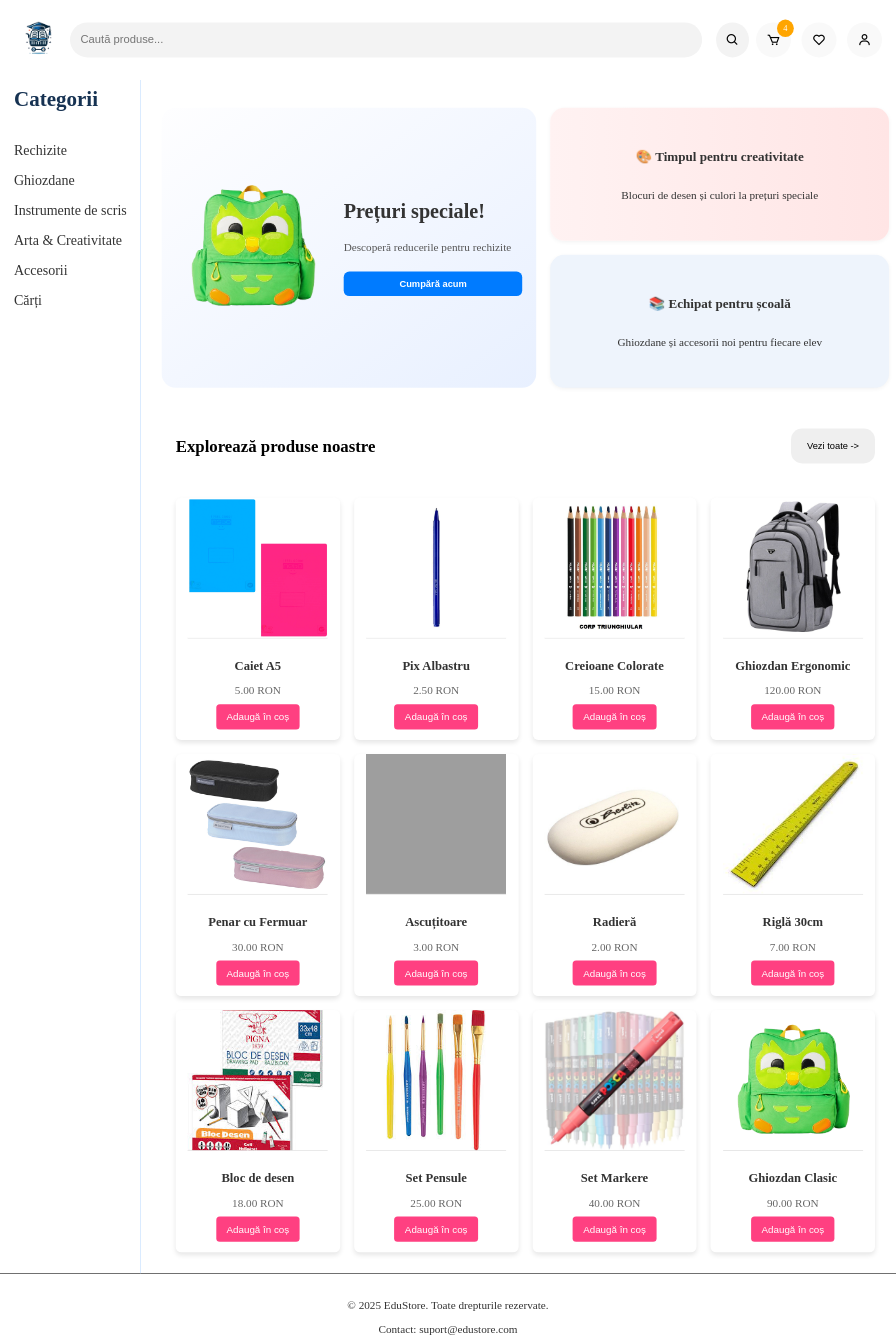
Repository: Roxana5504/WebDev-Project
Page: frontend/index.html
An editor plug-in stored every save of this project. The page is shown before and after the next save, followed by the edit.
The browser window is 1280 px wide. The pictures show the part of the page from y = 0 to 1920 px (the page is 1944 px tall before and 5648 px after), at 70% of full size.
Pictures or frames that could not be fetched are drawn as grey boxes.

Above is the page before, as saved 2025-04-23 17:13:24.

After the next save:
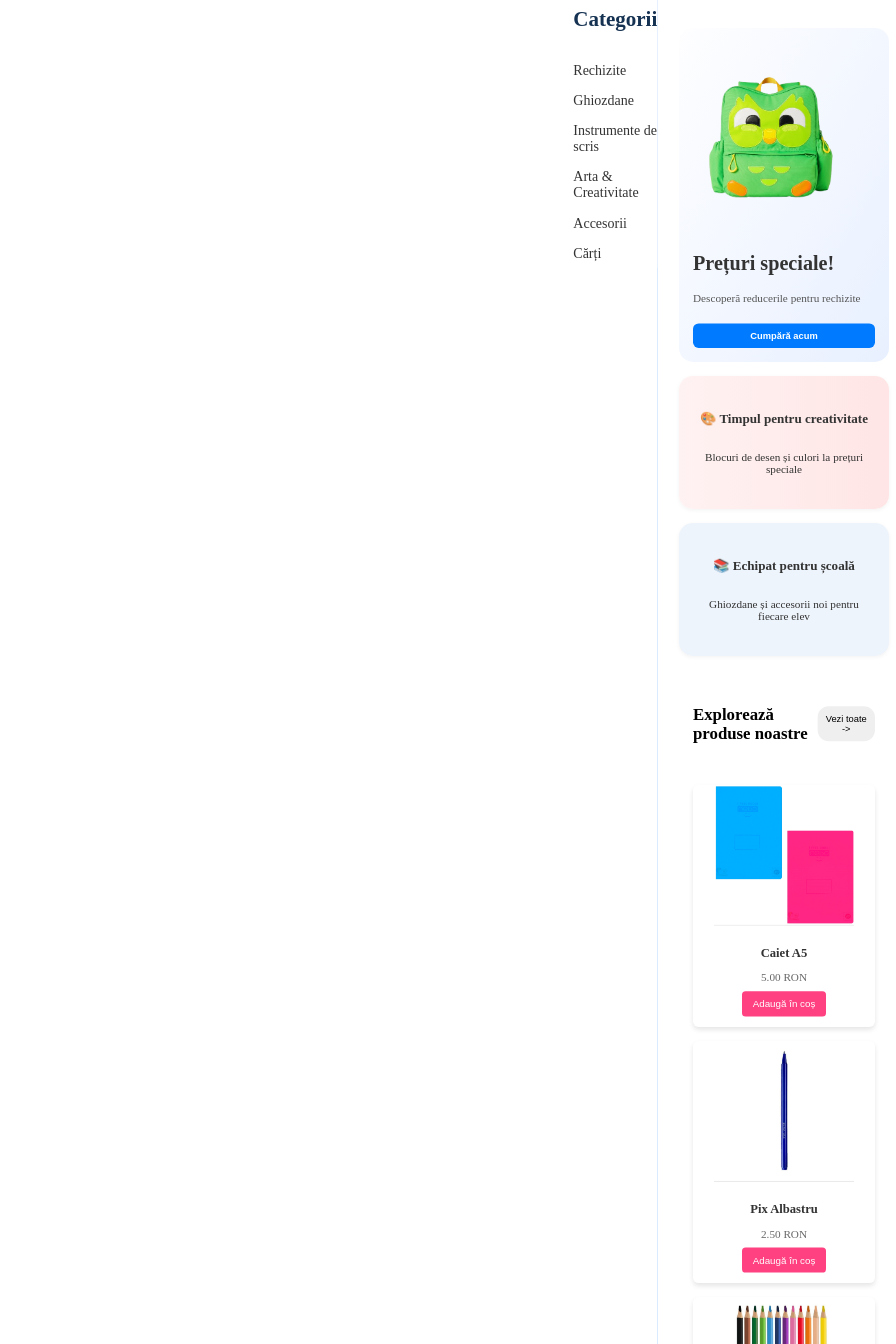
Saved 32 s later.
--- a/frontend/index.html
+++ b/frontend/index.html
@@ -12,36 +12,35 @@
   </head>
 
   <body>
-    <header class="container-header">
-      <div class="logo">
-        <img src="/backend/images/logoDWS.png" alt="EduStore" />
-      </div>
+    <div class="main-content">
+      <header class="container-header">
+        <div class="logo">
+          <img src="/backend/images/logoDWS.png" alt="EduStore" />
+        </div>
 
-      <div class="search-bar">
-        <button class="sidebar-toggle" id="sidebar-toggle">
-          <i class="bx bx-menu"></i>
-        </button>
-        <input type="text" id="search-input" placeholder="Caută produse..." />
-        <button class="search-btn" id="search-btn">
-          <i class="bx bx-search"></i>
-        </button>
-      </div>
+        <div class="search-bar">
+          <button class="sidebar-toggle" id="sidebar-toggle">
+            <i class="bx bx-menu"></i>
+          </button>
+          <input type="text" id="search-input" placeholder="Caută produse..." />
+          <button class="search-btn" id="search-btn">
+            <i class="bx bx-search"></i>
+          </button>
+        </div>
 
-      <div class="header-icons">
-        <div class="header-icon">
-          <span class="cart-items">4</span>
-          <i class="bx bx-cart"></i>
+        <div class="header-icons">
+          <div class="header-icon">
+            <span class="cart-items">4</span>
+            <i class="bx bx-cart"></i>
+          </div>
+          <div class="header-icon">
+            <i class="bx bx-heart"></i>
+          </div>
+          <div class="header-icon profile">
+            <i class="bx bx-user"></i>
+          </div>
         </div>
-        <div class="header-icon">
-          <i class="bx bx-heart"></i>
-        </div>
-        <div class="header-icon profile">
-          <i class="bx bx-user"></i>
-        </div>
-      </div>
-    </header>
-
-    <div class="main-content">
+      </header>
       <aside class="sidebar">
         <div>
           <h2>Categorii</h2>

After the 2 saves that followed:
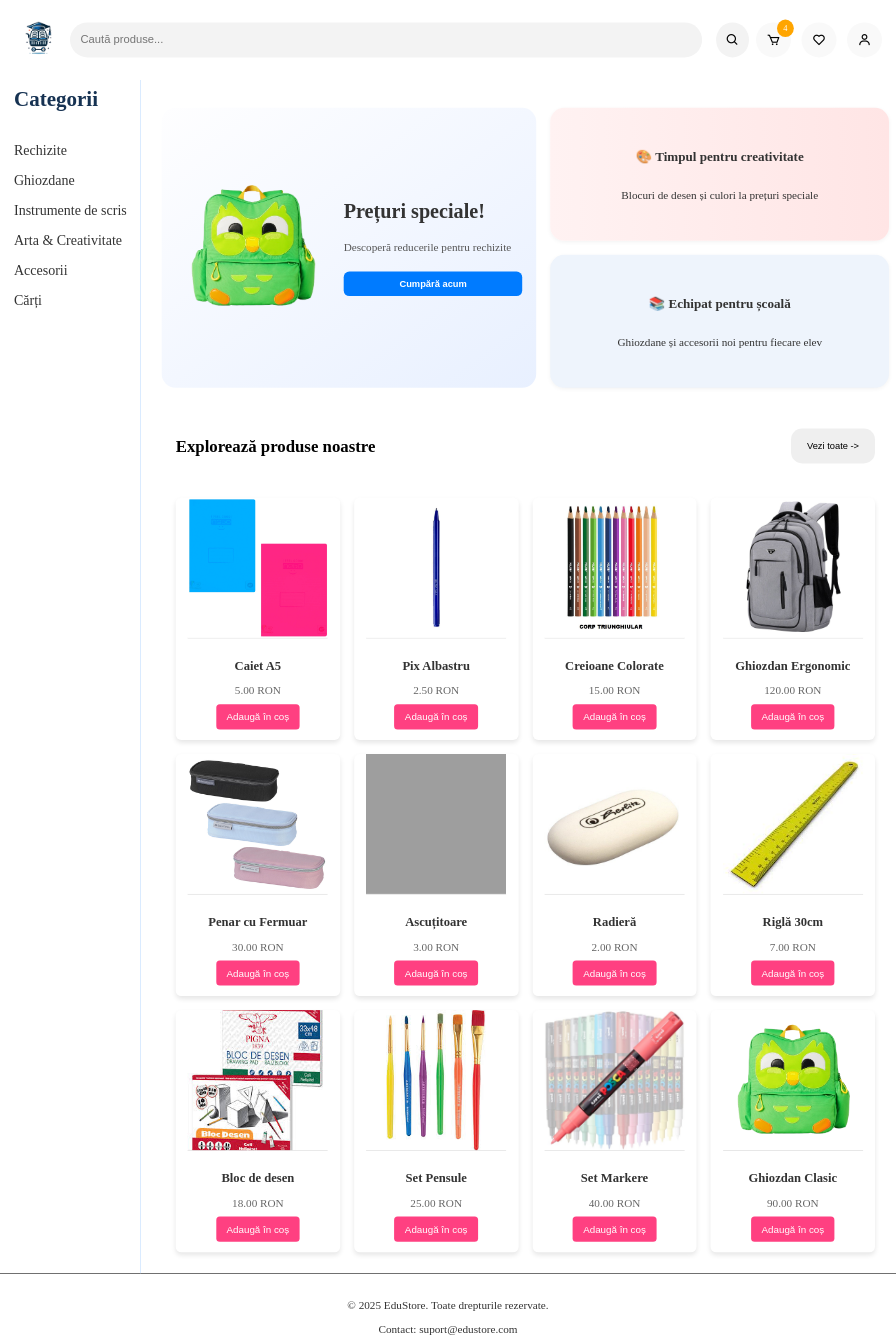
The 2 saves are shown as one change because they came seconds apart.
The last was saved 8 s later.
--- a/frontend/index.html
+++ b/frontend/index.html
@@ -12,35 +12,36 @@
   </head>
 
   <body>
+    <header class="container-header">
+      <div class="logo">
+        <img src="/backend/images/logoDWS.png" alt="EduStore" />
+      </div>
+
+      <div class="search-bar">
+        <button class="sidebar-toggle" id="sidebar-toggle">
+          <i class="bx bx-menu"></i>
+        </button>
+        <input type="text" id="search-input" placeholder="Caută produse..." />
+        <button class="search-btn" id="search-btn">
+          <i class="bx bx-search"></i>
+        </button>
+      </div>
+
+      <div class="header-icons">
+        <div class="header-icon">
+          <span class="cart-items">4</span>
+          <i class="bx bx-cart"></i>
+        </div>
+        <div class="header-icon">
+          <i class="bx bx-heart"></i>
+        </div>
+        <div class="header-icon profile">
+          <i class="bx bx-user"></i>
+        </div>
+      </div>
+    </header>
+
     <div class="main-content">
-      <header class="container-header">
-        <div class="logo">
-          <img src="/backend/images/logoDWS.png" alt="EduStore" />
-        </div>
-
-        <div class="search-bar">
-          <button class="sidebar-toggle" id="sidebar-toggle">
-            <i class="bx bx-menu"></i>
-          </button>
-          <input type="text" id="search-input" placeholder="Caută produse..." />
-          <button class="search-btn" id="search-btn">
-            <i class="bx bx-search"></i>
-          </button>
-        </div>
-
-        <div class="header-icons">
-          <div class="header-icon">
-            <span class="cart-items">4</span>
-            <i class="bx bx-cart"></i>
-          </div>
-          <div class="header-icon">
-            <i class="bx bx-heart"></i>
-          </div>
-          <div class="header-icon profile">
-            <i class="bx bx-user"></i>
-          </div>
-        </div>
-      </header>
       <aside class="sidebar">
         <div>
           <h2>Categorii</h2>
